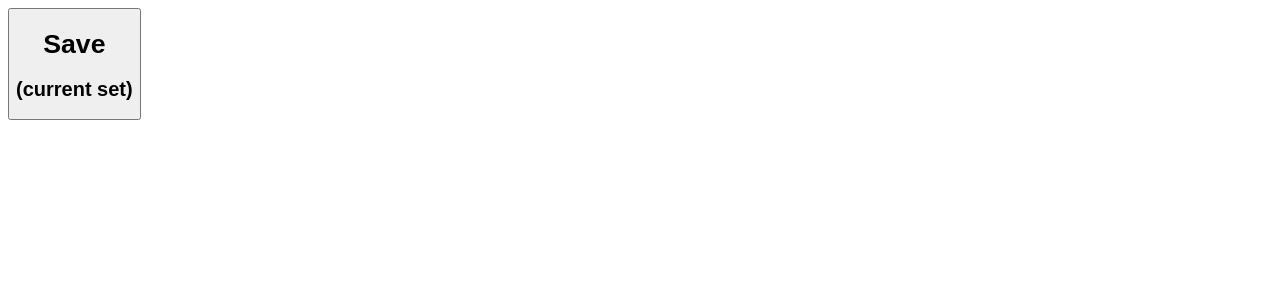
Repository: pixman92/GitTab
Page: popup.html
These files come from the project's save history. The page is drawn as it stood at one moment and after a run of saves; the edit follows.
The browser window is 1280 px wide. The pictures show the whole page.

Above is the page before, as saved 2020-01-24 03:42:30.

### popup.html
<!-- this file, is the 'instructions' of the extension
showing the different commands -->

<!DOCTYPE html>
<html>
<head>
    <meta charset="utf-8" />
    <meta http-equiv="X-UA-Compatible" content="IE=edge">
    <title>GitTab - Help</title>
    <meta name="viewport" content="width=device-width, initial-scale=1">
    <!-- <link rel="stylesheet" type="text/css" media="screen" href="main.css" /> -->
    <!-- <script src="main.js"></script> -->
    <style>
        div{
            width: 35em;
        }
    </style>
</head>
<body>
        <div>
            <button><span>
                <h1>Save</h1><h2>(current set)</h2>
            </span></button>
        </div>

</body>
</html>

After the next 2 saves:
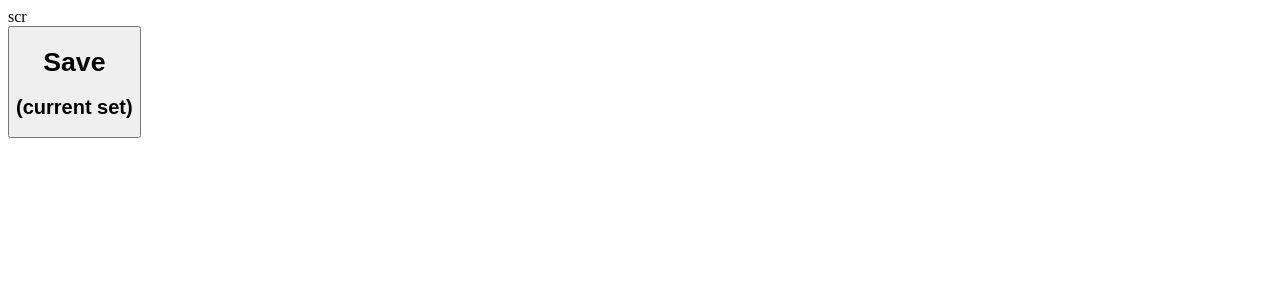
The 2 saves are shown as one change because they came seconds apart.
The last was saved 16 s later.
--- a/popup.html
+++ b/popup.html
@@ -10,6 +10,7 @@ showing the different commands -->
     <meta name="viewport" content="width=device-width, initial-scale=1">
     <!-- <link rel="stylesheet" type="text/css" media="screen" href="main.css" /> -->
     <!-- <script src="main.js"></script> -->
+    scr
     <style>
         div{
             width: 35em;
